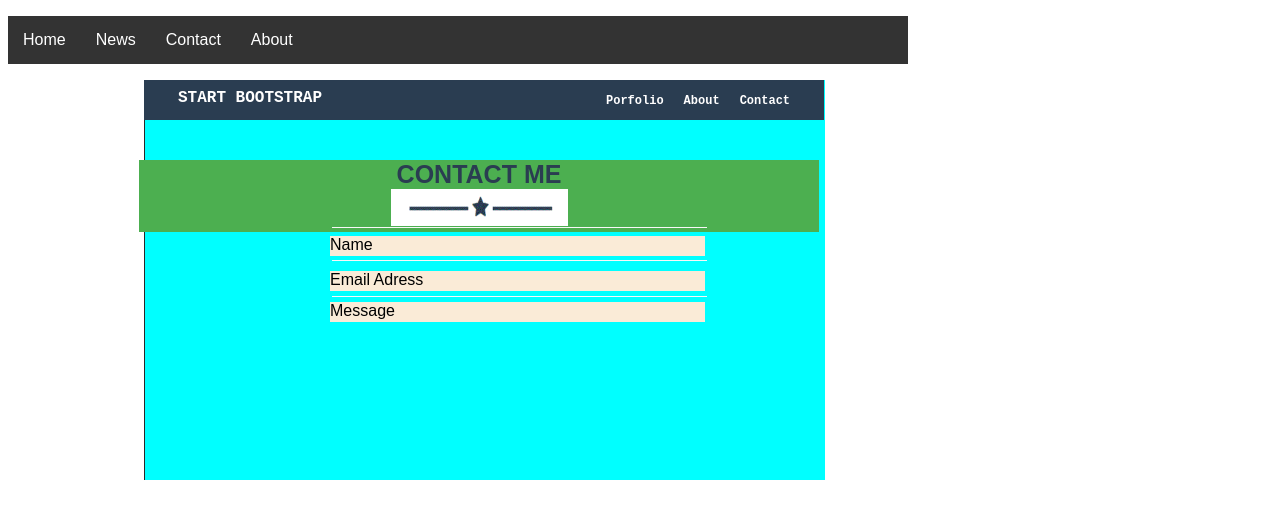
Repository: LongNguyen2504/T3H-FrondEnd
Page: Lesson3_CSS_HomeWork3.html
These files come from the project's save history. The page is drawn as it stood at one moment and after the next save; the edit follows.
The browser window is 1280 px wide. The pictures show the whole page.

Above is the page before, as saved 2021-12-02 00:07:16.

### Lesson3_CSS_HomeWork3.html
<!DOCTYPE html>
<html lang="en">
<head>
    <meta charset="UTF-8">
    <meta http-equiv="X-UA-Compatible" content="IE=edge">
    <meta name="viewport" content="width=device-width, initial-scale=1.0">
    <title>Document</title>
    <link rel="stylesheet" href="Lesson3_CSS_HomeWork3.css">
</head>
<body>
    <div class="ancestor-div">
        <div class="menu-div">
            <div class="menu-content">
                <ul class="ul-menu">
                    <li class="li-menu"><a class="a-menu" href="#1">Home</a></li>
                    <li class="li-menu"><a class="a-menu" href="#1">News</a></li>
                    <li class="li-menu"><a class="a-menu" href="#1">Contact</a></li>
                    <li class="li-menu"><a class="a-menu" href="#1">About</a></li>
                </ul>
            </div>
        </div>
        <div class="nested-div">
            <div class="menu-bootstrap">
                <div class="menu-bootstrap-content1">
                    START BOOTSTRAP
                </div>
                <div class="menu-bootstrap-content2">
                    <ul class="ul-menu">
                        <li class="li-menu"><a class="a-menu-2" href="#1">Porfolio</a></li>
                        <li class="li-menu"><a class="a-menu-2" href="#1">About</a></li>
                        <li class="li-menu"><a class="a-menu-2" href="#1">Contact</a></li>

                    </ul>
                </div>
                <div class="contact-me-div">
                    CONTACT ME <br>
                    <img src="Lesson3_CSS_HomeWork3_img.GIF" alt="star-dash" style="width: 177px;height:37px ;">
                </div>
                <div class="dash1"></div>
                <div class="Name">
                    Name
                </div>
                <div class="dash2"></div>
                <div class="Email">
                    Email Adress
                </div>
                <div class="dash3"></div>
                <div class="Message">
                    Message
                </div>
            </div>
        </div>
    </div>
</body>
</html>

### Lesson3_CSS_HomeWork3.css
div.ancestor-div{
    width: 900px;
    height: 400px;
    font-family: Arial, Helvetica, sans-serif;
}
div.menu-div{
    height: 48px;
    background-color: #333333 ;
}
div.menu-content{
    position: relative;
    left: -40px;
    width: 800px;
    height: 48px;
}
div.nested-div{
    width: 680px;
    height: 400px;
    background-color: aqua;
    position: absolute;
    left: 144px;
    top: 80px;
    border-left: 1px solid #2a2a2a;
}
div.menu-bootstrap{
    width: 680px;
    height: 40px;
    background-color: #2a3d51;
    position: relative;
    left: -1px;
}
div.menu-bootstrap-content1{
    width: 200px;
    height: 30px;
    position: absolute;
    left: 6px;
    top: 9px;

    text-align: center;
    color: white;
    font-weight: bold;
    font-family: 'Courier New', Courier, monospace;
}
div.menu-bootstrap-content2{
    width: 300px;
    height: 30px;
    position: absolute;
    left: 412px;

    top: -12px;

}
div.contact-me-div{
    position: relative;
    top: 80px;
    left: -5px;
    background-color: #4caf50;
    text-align: center;
    font-family: Arial, Helvetica, sans-serif;
    font-size: 25px;
    font-weight: bold;
    color: #2a3d51;
}

div.dash1{
    width: 375px;
    height: 10px;
    position: inherit;
    top: 75px;
    left: 188px;
    /* background-color: burlywood; */
    border-top: 1px solid #f8f8f8;
}
div.dash2{
    width: 375px;
    height: 10px;
    position: inherit;
    top: 77px;
    left: 188px;
    /* background-color: burlywood; */
    border-top: 1px solid #f8f8f8;
}
div.dash3{
    width: 375px;
    height: 10px;
    position: inherit;
    top: 82px;
    left: 188px;
    /* background-color: burlywood; */
    border-top: 1px solid #f8f8f8;
}
div.Name{
    width: 375px;
    height: 20px;
    position: inherit;
    top: 73px;
    left: 186px;
    background-color: antiquewhite;
}
div.Email{
    width: 375px;
    height: 20px;
    position: inherit;
    top: 77px;
    left: 186px;
    background-color: antiquewhite;
}
div.Message{
    width: 375px;
    height: 20px;
    position: inherit;
    top: 77px;
    left: 186px;
    background-color: antiquewhite;
}
ul.ul-menu{
    list-style-type: none;

}
.li-menu {
 float: left;
}
a.a-menu{
    display: inline-block;
    padding: 15px;
    color: white;
    text-decoration: none;
    text-align: center;

}
.a-menu:hover{
    background-color: #4caf50;
}
a.a-menu-2{
    display: inline-block;
    padding: 10px;
    text-align: center;
    color: white;
    text-decoration: none;
    font-size: 12px;
    font-family: 'Courier New', Courier, monospace;
    font-weight: bold;
}
a.a-menu-2:hover{
    background-color: #19232f;
}

After the next save:
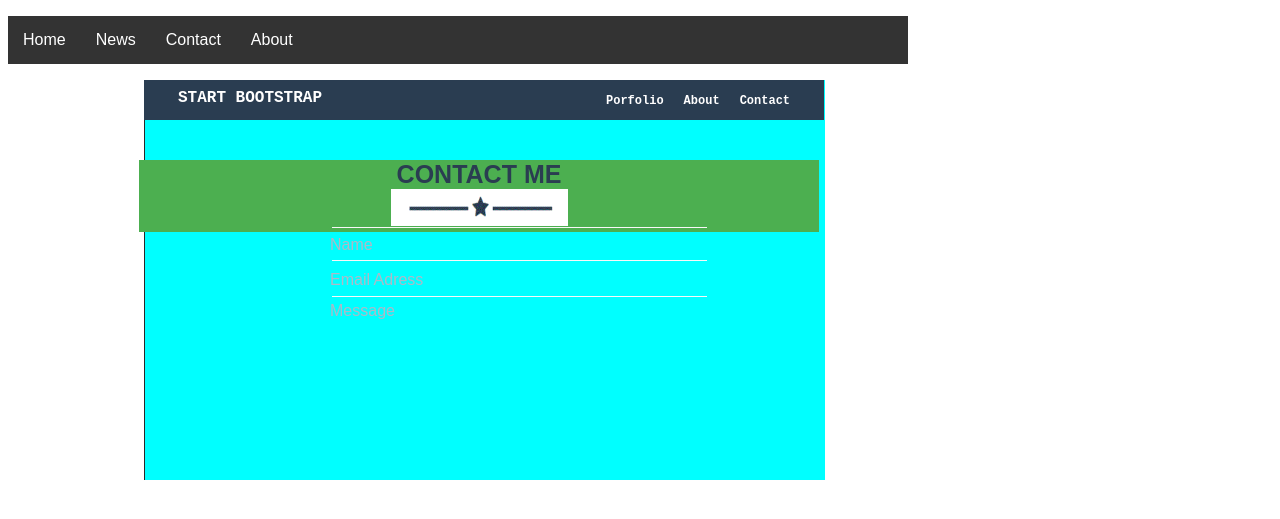
Saved 52 s later.
--- a/Lesson3_CSS_HomeWork3.css
+++ b/Lesson3_CSS_HomeWork3.css
@@ -95,7 +95,8 @@ div.Name{
     position: inherit;
     top: 73px;
     left: 186px;
-    background-color: antiquewhite;
+    /* background-color: antiquewhite; */
+    color: #adb9c7;
 }
 div.Email{
     width: 375px;
@@ -103,7 +104,8 @@ div.Email{
     position: inherit;
     top: 77px;
     left: 186px;
-    background-color: antiquewhite;
+    /* background-color: antiquewhite; */
+    color: #adb9c7;
 }
 div.Message{
     width: 375px;
@@ -111,7 +113,8 @@ div.Message{
     position: inherit;
     top: 77px;
     left: 186px;
-    background-color: antiquewhite;
+    /* background-color: antiquewhite; */
+    color: #adb9c7;
 }
 ul.ul-menu{
     list-style-type: none;
